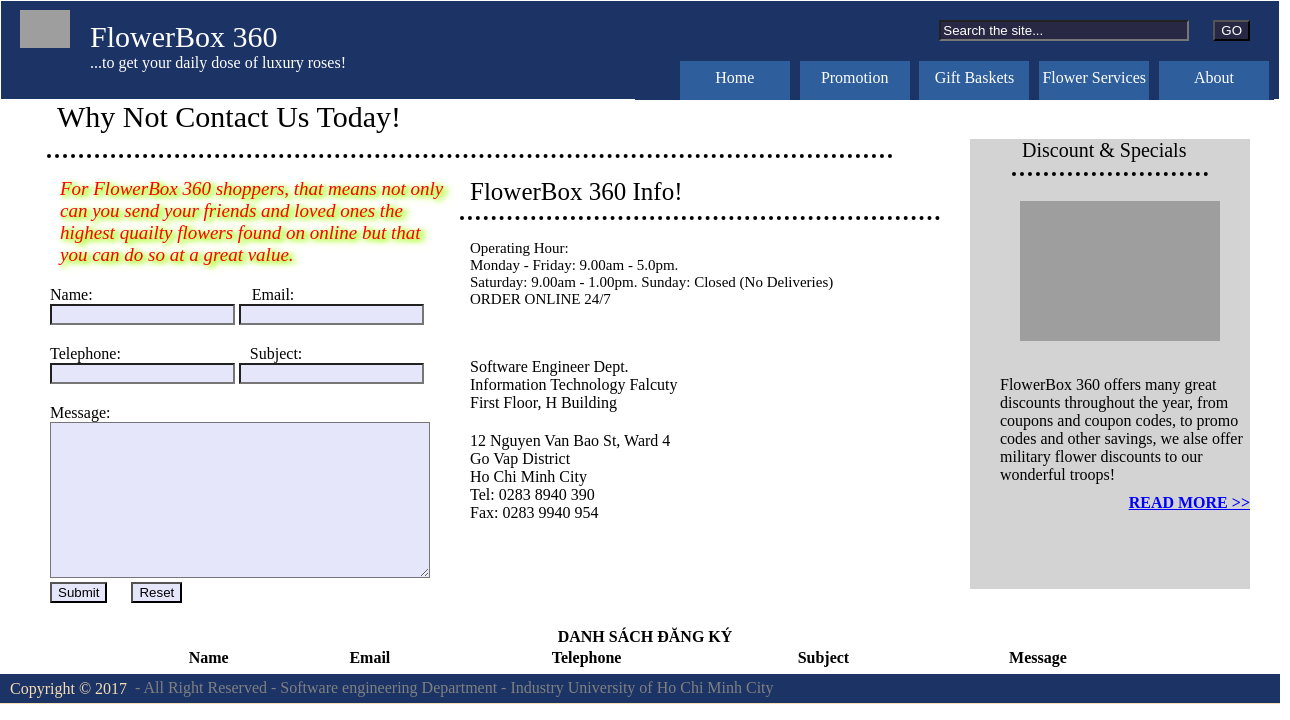
Repository: G1tHub-zer0/BTTH
Page: KT/index.html
An editor plug-in stored every save of this project. The page is shown before and after a run of saves, followed by the edit.
The browser window is 1280 px wide. The page is 1290 px wide, so the pictures cover 1290 px, including what lies to the right of the window. The pictures show the whole page.
Pictures or frames that could not be fetched are drawn as grey boxes.

Above is the page before, as saved 2024-04-12 14:26:38.

### KT/index.html
<!DOCTYPE html>
<html lang="en">

<head>
    <meta charset="UTF-8">
    <meta http-equiv="X-UA-Compatible" content="IE=edge">
    <link rel="stylesheet" href="app.css">
    <meta name="viewport" content="width=device-width, initial-scale=1.0">
    <title></title>
</head>

<body>
    <div class="container">
        <header>
            <div class="logo">
                <img
                    src="https://encrypted-tbn1.gstatic.com/images?q=tbn:ANd9GcSCItUfJia5NZjMVaBQ3rzkajxs_MzsOlNAoqBRyz2l8tWaO1zV">
            </div>
            <div class="name">
                <p class="p1">
                    FlowerBox 360 <br>
                </p>
                <p>
                    ...to get your daily dose of luxury roses!
                </p>
            </div>
            <form action="">
                <input class="type" type="text" name="" id="" placeholder="Search the site...">
                <input class="btn" type="button" value="GO">
            </form>
            <nav>
                <ul>
                    <li>
                        <a href="">Home</a>
                    </li>
                    <li>
                        <a href="">Promotion</a>
                    </li>
                    <li>
                        <a href="">Gift Baskets</a>
                    </li>
                    <li class="fs">
                        <a href="">Flower Services</a>
                        <ul class="child-mn">
                            <li><a href="">Flower for Wedding</a></li>
                            <li><a href="">Flower for Conference</a></li>
                        </ul>
                    </li>
                    <li>
                        <a href="">About</a>
                    </li>
                </ul>
            </nav>
        </header>
        <main>
            <div class="main">
                <form action="" method="post">
                    <div class="title">
                        <P class="p2">Why Not Contact Us Today!</P>
                    </div>
                    <div class="content">
                        <div class="content-left">
                            <p class="p3">
                                For FlowerBox 360 shoppers, that means not only
                                can you send your friends and loved ones the
                                highest quailty flowers found on online but that you
                                can do so at a great value.
                            </p>
                            <div class="enter">
                                <label id="lb-name" for="Name">Name: </label>
                                <label for="email">Email:</label> <br>
                                <input type="text" name="Name" id="inp-name" required>
                                <input type="email" name="email" id="inp-email"><br>
                                <label id="lb-tel" for="tel">Telephone:</label>
                                <label for="sub" class="sub">Subject:</label> <br>
                                <input type="tel" name="tel" id="inp-tel">
                                <input type="text" name="sub" id="inp-subject"><br>
                                <label for="mes">Message:</label><br>
                                <textarea name="mes" id="inp-message" cols="30" rows="10"></textarea> <br>
                                <div class="form-group">
                                    <input type="button" value="Submit" onclick="submitForm()" id="inp-left">
                                    <input type="reset" value="Reset" id="xoa">
                                </div>
                            </div>
                        </div>

                        <div class="content-right">
                            <div class="title2">
                                <p class="p2"> FlowerBox 360 Info!</p>
                            </div>
                            <p class="p4">
                                Operating Hour: <br>
                                Monday - Friday: 9.00am - 5.0pm. <br>
                                Saturday: 9.00am - 1.00pm.
                                Sunday: Closed (No Deliveries) <br>
                                ORDER ONLINE 24/7
                            </p>
                            <p class="p5">
                                Software Engineer Dept. <br>
                                Information Technology Falcuty <br>
                                First Floor, H Building
                            </p>
                            <p class="p6">
                                12 Nguyen Van Bao St, Ward 4 <br>
                                Go Vap District <br>
                                Ho Chi Minh City <br>
                                Tel: 0283 8940 390 <br>
                                Fax: 0283 9940 954
                            </p>
                        </div>
                    </div>
                </form>

                <section>
                    <div class="content-second">
                        <div class="title">
                            <p>Discount & Specials</p>
                        </div>
                        <div class="image">
                            <img
                                src="https://encrypted-tbn1.gstatic.com/images?q=tbn:ANd9GcSCItUfJia5NZjMVaBQ3rzkajxs_MzsOlNAoqBRyz2l8tWaO1zV">
                        </div>
                        <p class="p7">
                            FlowerBox 360 offers many great
                            discounts throughout the year, from
                            coupons and coupon codes, to promo
                            codes and other savings, we alse
                            offer military flower discounts to our
                            wonderful troops!
                        </p>
                        <a href=""> READ MORE >></a>
                    </div>
                </section>

            </div>

            <p style="font-weight: bold; text-align: center;">DANH SÁCH ĐĂNG KÝ</p>
            <table style="width: 1px; width: 80%; text-align: center;">
                <tr>
                    <td style="text-align: center; font-weight: bold;">Name</td>
                    <td style="text-align: center; font-weight: bold;">Email</td>
                    <td style="text-align: center; font-weight: bold;">Telephone</td>
                    <td style="text-align: center; font-weight: bold;"> Subject</td>
                    <td style="text-align: center; font-weight: bold;"> Message </td>
                </tr>
                <tr>
                    <td id="Name"></td>
                    <td id="Email"></td>
                    <td id="Telephone"></td>
                    <td id="Subject"></td>
                    <td id="Message"></td>
                </tr>
            </table>
        </main>

        <footer>
            <p class="copy">
                Copyright &copy; 2017
            </p>
            <p class="ar">
                - All Right Reserved - Software engineering Department - Industry University of Ho Chi Minh City
            </p>
        </footer>


    </div>
</body>

</html>

### KT/app.css
* {
  margin: auto;
  padding: auto;
  box-sizing: border-box;
}
.container {
  width: 100%;
  height: 100%;
}
header {
  width: 100%;
  height: 100px;
  border: 1px solid;
  background-color: rgb(27, 51, 101);
  color: white;
  display: inline-flex;
}
.logo img {
  top: 10px;
  width: 50px;
  left: 20px;
  position: absolute;
}

.p1 {
  font-size: 30px;
}
.name {
  position: absolute;
  left: 80px;
  top: 20px;
}

header form {
  position: absolute;
  right: 30px;
  top: 20px;
}
header form input {
  background-color: rgb(40, 40, 69);
  color: white;
}
header form .type {
  width: 250px;
}
header form input::placeholder {
  color: white;
}
header form .btn {
  margin-left: 20px;
}
nav {
  width: 50%;
  background-color: rgb(27, 51, 101);
  margin-top: 60px;
  margin-right: 5px;
}

nav ul {
  display: flex;
  list-style-type: none;
}
nav ul li {
  width: 110px;
  height: 39px;
  background-color: rgb(46, 94, 156);
  text-align: center;
}
nav ul li a {
  color: white;
  text-decoration: none;
  bottom: -8px;
  position: relative;
}
.main {
  display: flex;
  width: 100%;
}

.main form {
  width: 80%;
}
.main form .title {
  font-size: 30px;
  width: 90%;
  border-bottom: 4px dotted;
}
.form-group button {
  margin-left: 10px;
  padding: 5px 10px;
  border: 1px solid #ccc;
  background-color: #000;
  color: #fff;
  cursor: pointer;
}

.form-group button:hover {
  background-color: #ccc;
  color: #000;
}
.main form .title .p2 {
  margin-bottom: 20px;
}
.main form .content {
  width: 100%;

  margin-bottom: 5px;
  display: flex;
}
.content-left {
  width: 400px;
  margin-left: 50px;
  margin-top: 20px;
}
.main form .content .p3 {
  font-style: italic;
  font-size: 19px;
  color: red;
  text-shadow: 1px 2px 4px greenyellow,
    5px 2px 4px greenyellow, 5px 2px 8px greenyellow;
}
.content-left .enter {
  margin-top: 20px;
}
#lb-name {
  margin-right: 155px;
}
#lb-tel {
  margin-right: 125px;
}
.content-left .enter #inp-left {
  margin-right: 20px;
}
.content-left .enter input {
  margin-bottom: 20px;
}
textarea {
  width: 380px;
  background-color: lavender;
}
.content-right {
  margin-left: 10px;
  margin-top: 20px;
}
.content-right .title2 {
  width: 480px;
  border-bottom: 4px dotted;
}
.title2 .p2 {
  font-size: 25px;
  margin-bottom: 10px;
}
.main form input {
  background-color: lavender;
}
.p4 {
  margin-top: 20px;
  font-size: 15px;
}
.p5 {
  margin-top: 50px;
}
.p6 {
  margin-top: 20px;
}
section {
  width: 50%;
  display: block;
}
section .title {
  width: 70%;
  font-size: 20px;
  border-bottom: 4px dotted;
}
section .title p {
  margin-bottom: 10px;
}
section .image {
  width: 320px;
  height: 150px;
  margin-top: 20px;
}
section .image img {
  width: 200px;
  height: 140px;
  margin-left: 50px;
  margin-top: 5px;
}
section .content-second {
  width: 80%;
  height: 450px;
  margin-left: 30px;
  background-color: lightgray;
}
section .content-second .p7 {
  margin-left: 30px;
  margin-top: 30px;
}
section .content-second a {
  margin-top: 10px;
  color: blue;
  font-weight: 900;
  float: right;
}
footer {
  background-color: rgb(27, 51, 101);
  width: 100%;
  height: 30px;
  border-bottom: 1px solid;
  color: wheat;
  display: inline-flex;
}
p {
  margin-left: 10px;
}
.child-mn {
  display: none;
  position: absolute;
  color: wheat;
  left: 1310px;
  margin-top: 21px;
  margin-left: 10px;
  z-index: 1;
}
.child-mn li {
  width: 180px;
  border-top: 2px blue solid;
  height: 50px;
}
.fs:hover .child-mn {
  display: block;
}
.child-mn li:hover {
  background-color: rgb(27, 51, 101);
}
.ar {
  margin-top: 5px;
  color: grey;
  margin-left: 5px;
  position: absolute;
  left: 130px;
}

After the next 2 saves:
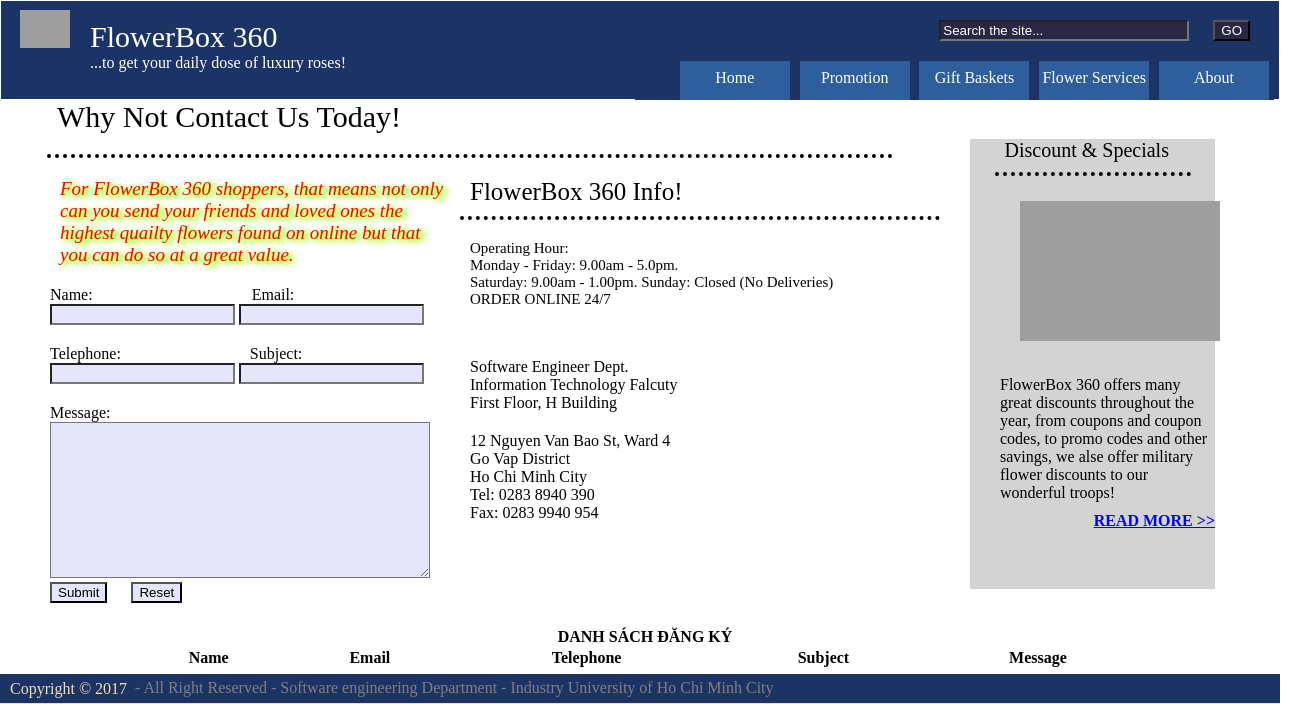
The 2 saves are shown as one change because they came seconds apart.
The last was saved 8 s later.
--- a/KT/app.css
+++ b/KT/app.css
@@ -168,7 +168,7 @@ section {
   display: block;
 }
 section .title {
-  width: 70%;
+  width: 80%;
   font-size: 20px;
   border-bottom: 4px dotted;
 }
@@ -187,7 +187,7 @@ section .image img {
   margin-top: 5px;
 }
 section .content-second {
-  width: 80%;
+  width: 70%;
   height: 450px;
   margin-left: 30px;
   background-color: lightgray;
